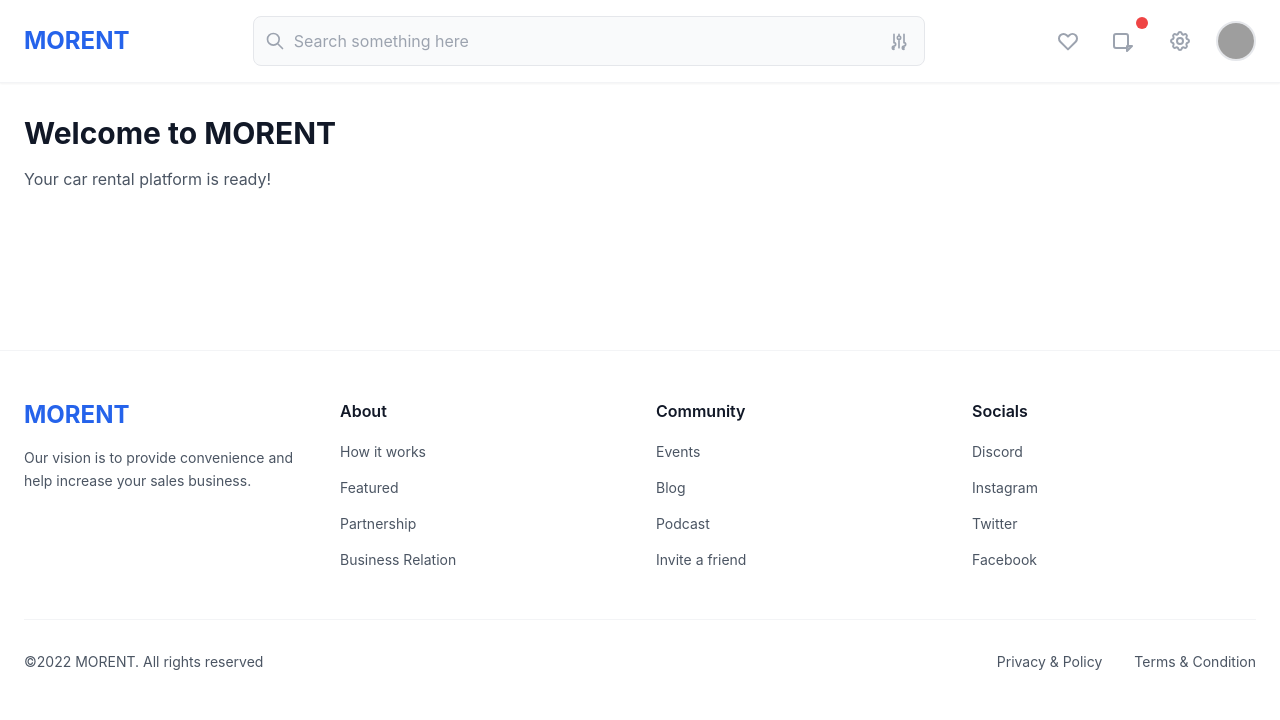
Repository: hhq160325/CRA
Page: /
The author's editor kept a copy of each file at every save. The page is drawn from the files as they stood at one save, then again after the next save.
The browser window is 1280 px wide. The pictures show the whole page.
Pictures or frames that could not be fetched are drawn as grey boxes. The project was rebuilt for these pictures with package versions that can differ from the ones it lists, and the page was loaded fresh each time. Also part of the build but not shown: src/features/cars/components/RegisterCar.jsx, src/features/cars/components/RegisterCarStep2.jsx, src/features/cars/components/RegisterCarStep3.jsx, src/features/cars/components/CarDetail.jsx, src/features/user/components/UpdateProfileDialog.jsx, src/features/user/components/UpdatePhoneDialog.jsx, src/features/user/components/UpdateEmailDialog.jsx, src/features/user/components/ProfilePage.jsx and 3 more.

Above is the page before, as saved 2025-10-06 12:34:25.

After the next save:
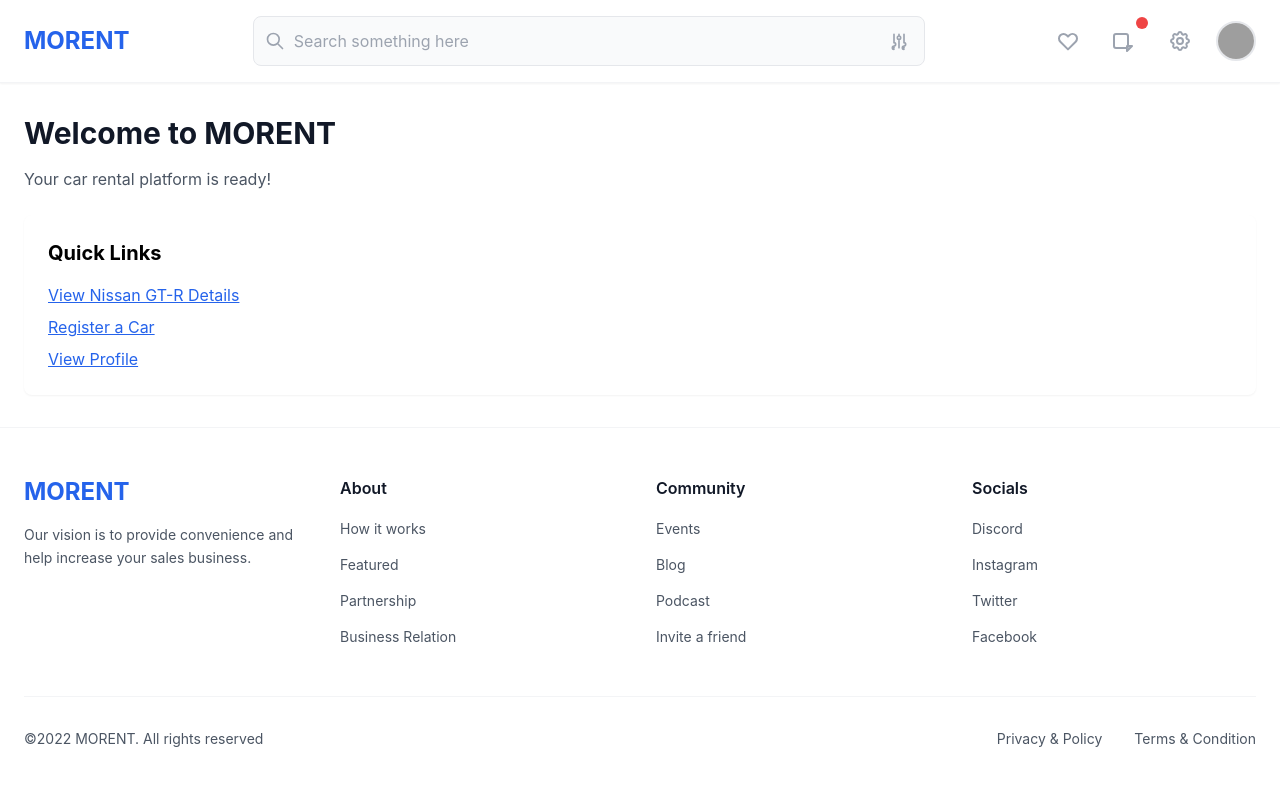
Saved 16 s later.
--- a/src/routes/AppRouter.jsx
+++ b/src/routes/AppRouter.jsx
@@ -8,7 +8,21 @@ import { RentalHistoryPage } from '../features/user/components';
 const HomePage = () => (
   <div className="container mx-auto px-6 py-8">
     <h1 className="text-3xl font-bold text-gray-900 mb-4">Welcome to MORENT</h1>
-    <p className="text-gray-600">Your car rental platform is ready!</p>
+    <p className="text-gray-600 mb-6">Your car rental platform is ready!</p>
+    <div className="bg-white rounded-lg p-6 shadow-sm">
+      <h2 className="text-xl font-bold mb-4">Quick Links</h2>
+      <div className="space-y-2">
+        <a href="/cars/1" className="block text-blue-600 hover:text-blue-700 underline">
+          View Nissan GT-R Details
+        </a>
+        <a href="/register-car" className="block text-blue-600 hover:text-blue-700 underline">
+          Register a Car
+        </a>
+        <a href="/profile" className="block text-blue-600 hover:text-blue-700 underline">
+          View Profile
+        </a>
+      </div>
+    </div>
   </div>
 );
 
